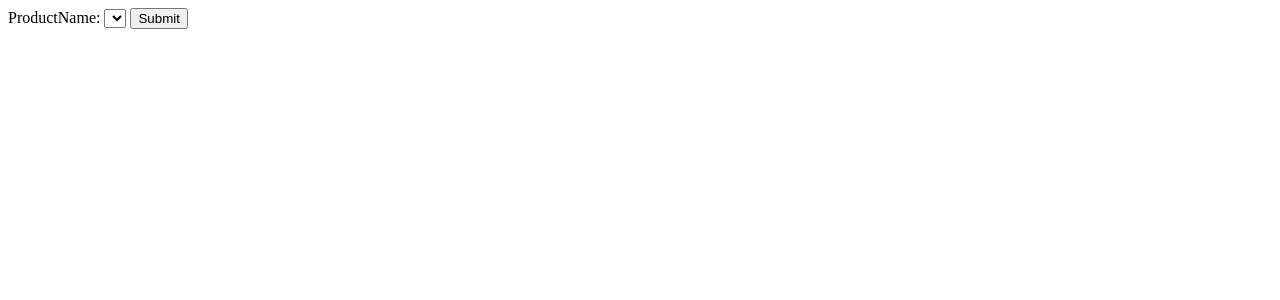
Repository: Rama-13/LaunchPadAllFiles
Page: java-workspace/SecondWebProject/WebContent/Products.html
An editor plug-in stored every save of this project. The page is shown before and after the next save, followed by the edit.
The browser window is 1280 px wide. The pictures show the whole page.

Above is the page before, as saved 2019-07-29 06:32:33.

After the next save:
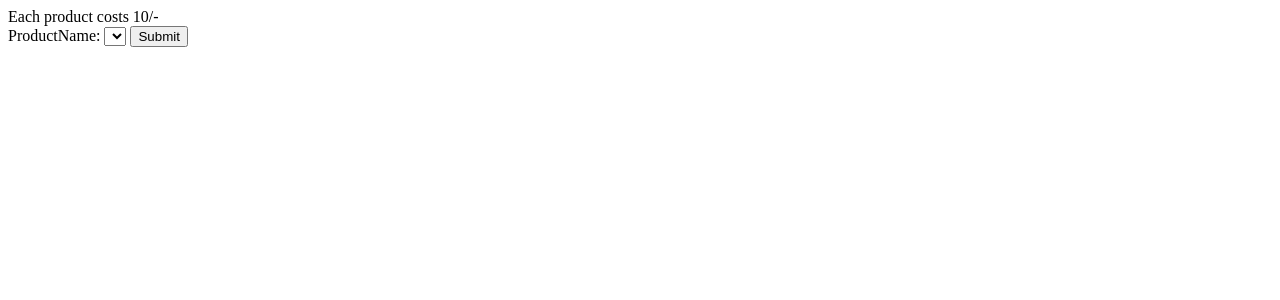
Saved 34 s later.
--- a/java-workspace/SecondWebProject/WebContent/Products.html
+++ b/java-workspace/SecondWebProject/WebContent/Products.html
@@ -5,6 +5,7 @@
 <title>Insert title here</title>
 </head>
 <body>
+Each product costs 10/-
 <form action = "FirstServlet" method = "post">
 ProductName:
 <select name="productName">
